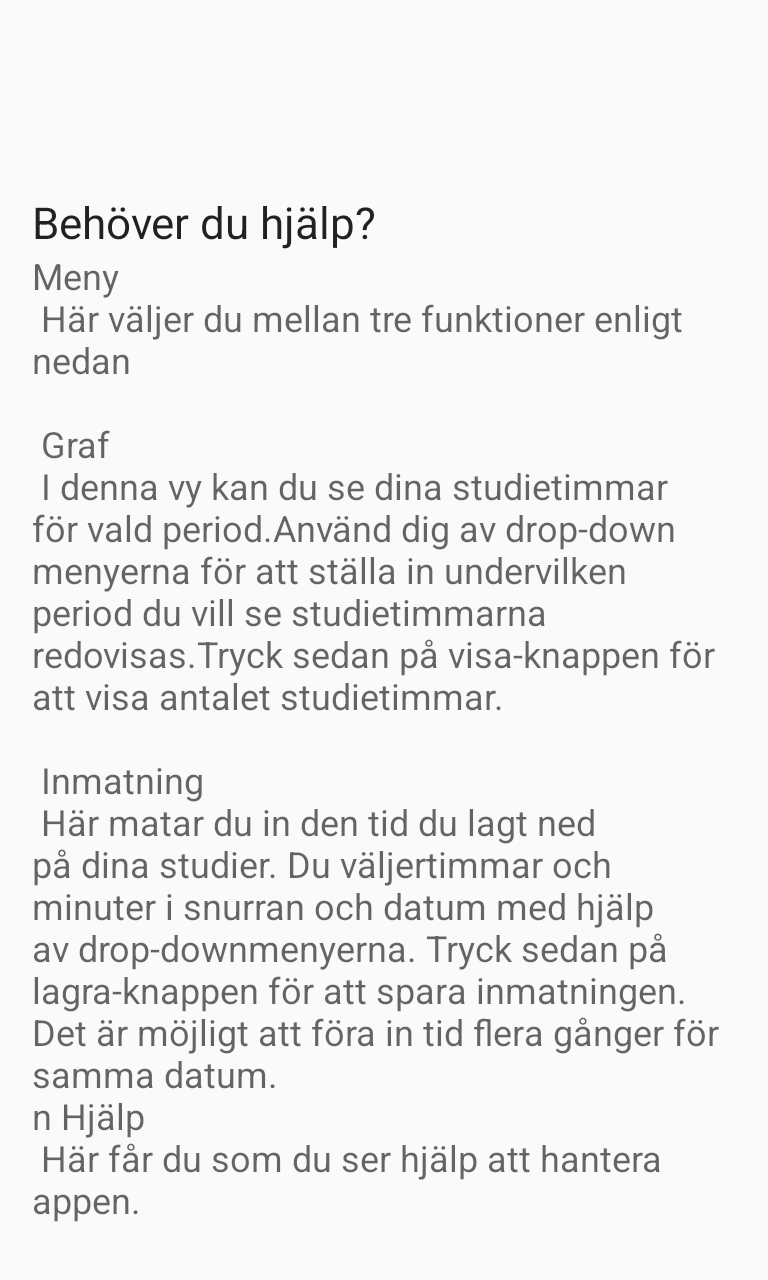
Repository: Dinova/Studiekoll
Layout: Studiekoll/Studiekoll/res/layout/fragment_help.xml
These files come from the project's save history. The layout is drawn as it stood at one moment and after the next save; the edit follows.
It is drawn on a 768 x 1280 px phone screen (xhdpi) without system bars, with theme AppTheme; the app's code is not run.

Above is the layout before, as saved 2014-05-16 09:51:44.

After the next save:
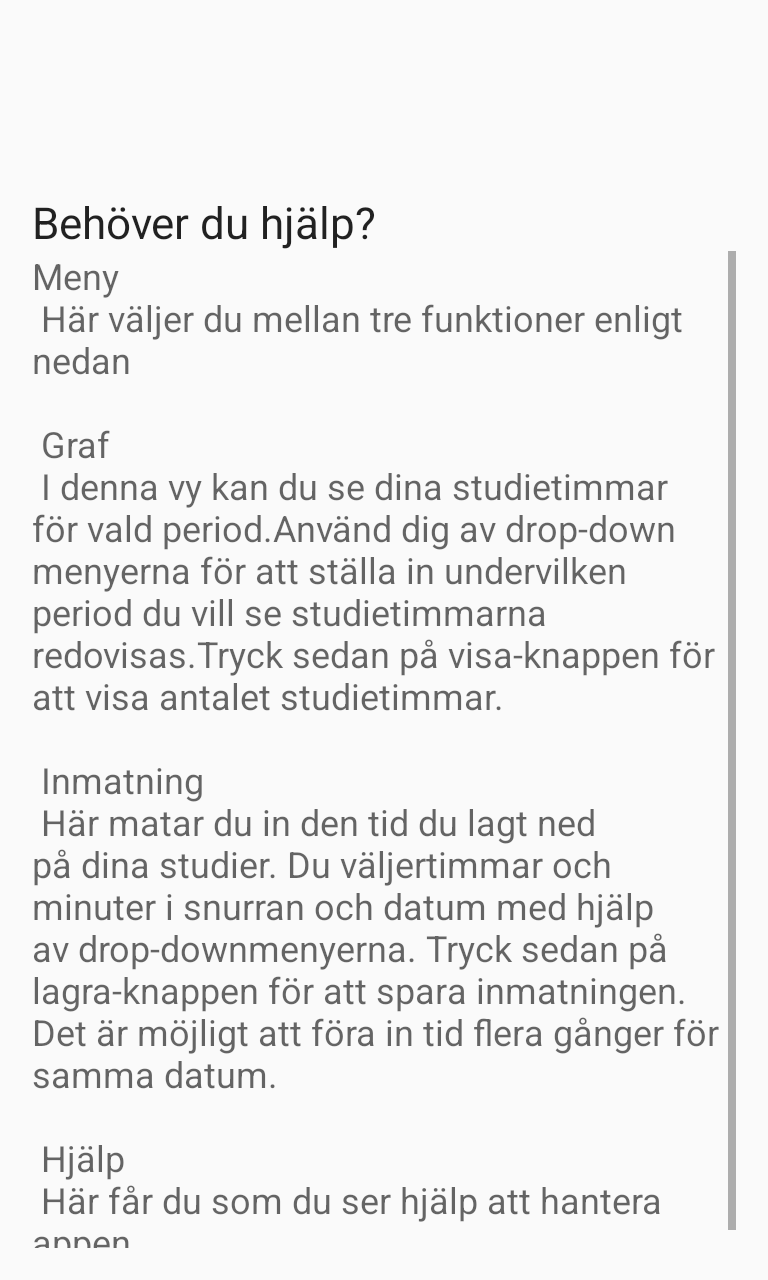
Saved 66 s later.
--- a/Studiekoll/Studiekoll/res/values/strings.xml
+++ b/Studiekoll/Studiekoll/res/values/strings.xml
@@ -22,7 +22,7 @@
         "Här matar du in den tid du lagt ned på dina studier. Du väljer"
         "timmar och minuter i snurran och datum med hjälp av drop-down"
         "menyerna. Tryck sedan på "lagra"-knappen för att spara inmatningen."
-        "Det är möjligt att föra in tid flera gånger för samma datum.\nn"
+        "Det är möjligt att föra in tid flera gånger för samma datum.\n\n"
 
         "Hjälp\n"
         "Här får du som du ser hjälp att hantera appen."</string>
